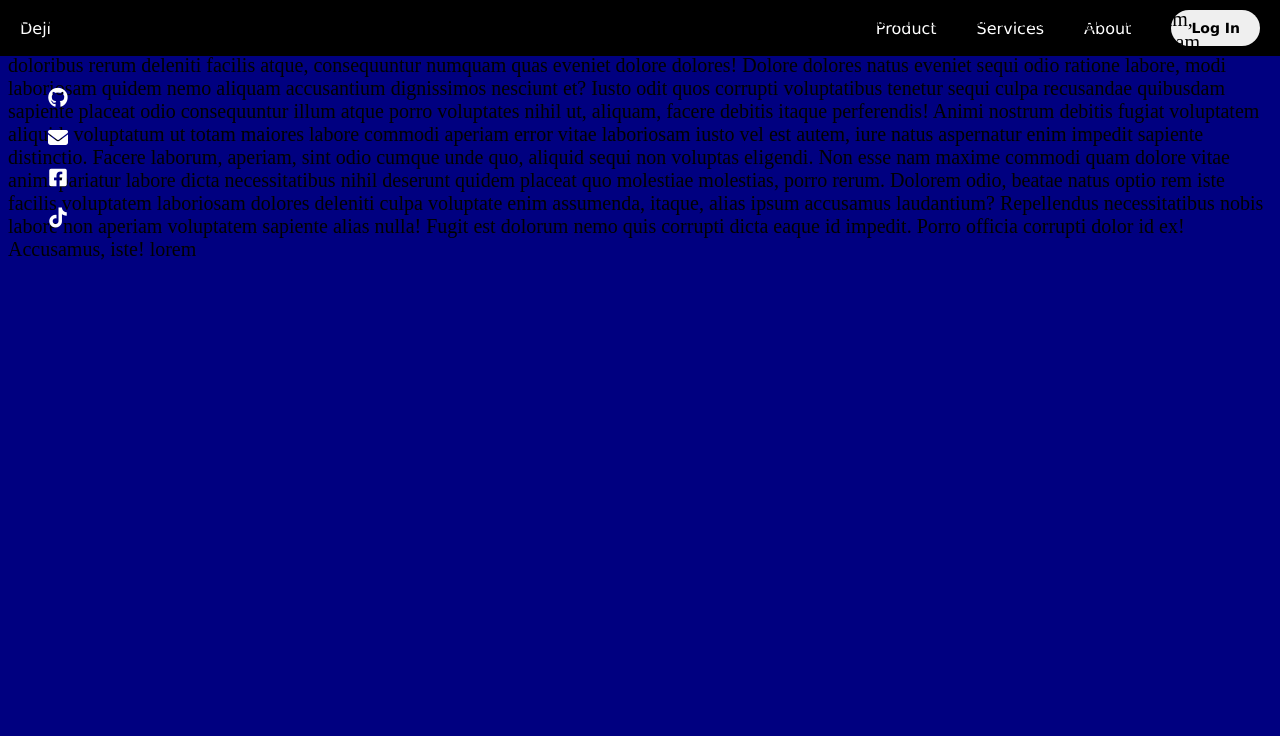
Repository: imokha01/Flexbox-and-Position-Example
Page: index.html
The author's editor kept a copy of each file at every save. The page is drawn from the files as they stood at one save, then again after a run of saves.
The browser window is 1280 px wide. The pictures show the whole page.

Above is the page before, as saved 2023-11-21 17:17:14.

### index.html
<!DOCTYPE html>
<html lang="en">
  <head>
    <meta charset="UTF-8" />
    <meta name="viewport" content="width=device-width, initial-scale=1.0" />
    <title>Document</title>
    <link rel="stylesheet" href="./index.css" />
    <link
      rel="stylesheet"
      href="https://cdnjs.cloudflare.com/ajax/libs/font-awesome/6.4.2/css/all.min.css"
      integrity="sha512-z3gLpd7yknf1YoNbCzqRKc4qyor8gaKU1qmn+CShxbuBusANI9QpRohGBreCFkKxLhei6S9CQXFEbbKuqLg0DA=="
      crossorigin="anonymous"
      referrerpolicy="no-referrer"
    />
  </head>
  <body>
    <nav>
      <div id="logo">Deji</div>
      <div class="right">
        <div class="link_container">
          <a href="">Product</a>
          <a href="">Services</a>
          <a href="">About</a>
        </div>
        <button>Log In</button>
      </div>
    </nav>
    <main>
      <aside>
        <i class="fa-brands fa-github"></i>
        <i class="fa-solid fa-envelope"></i>
        <i class="fa-brands fa-square-facebook"></i>
        <i class="fa-brands fa-tiktok"></i>
        <i class="fa-brands fa-x-twitter"></i>
      </aside>
      <section>
        Lorem ipsum dolor sit amet consectetur adipisicing elit. Deserunt
        asperiores laborum, doloribus iste molestiae sint mollitia ducimus
        fugiat dolorum, temporibus cumque odit fuga expedita nobis voluptatem
        optio, dolore consequatur omnis minus dignissimos illum? Exercitationem
        voluptatum, nam doloribus rerum deleniti facilis atque, consequuntur
        numquam quas eveniet dolore dolores! Dolore dolores natus eveniet sequi
        odio ratione labore, modi laboriosam quidem nemo aliquam accusantium
        dignissimos nesciunt et? Iusto odit quos corrupti voluptatibus tenetur
        sequi culpa recusandae quibusdam sapiente placeat odio consequuntur
        illum atque porro voluptates nihil ut, aliquam, facere debitis itaque
        perferendis! Animi nostrum debitis fugiat voluptatem aliquid, voluptatum
        ut totam maiores labore commodi aperiam error vitae laboriosam iusto vel
        est autem, iure natus aspernatur enim impedit sapiente distinctio.
        Facere laborum, aperiam, sint odio cumque unde quo, aliquid sequi non
        voluptas eligendi. Non esse nam maxime commodi quam dolore vitae animi
        pariatur labore dicta necessitatibus nihil deserunt quidem placeat quo
        molestiae molestias, porro rerum. Dolorem odio, beatae natus optio rem
        iste facilis voluptatem laboriosam dolores deleniti culpa voluptate enim
        assumenda, itaque, alias ipsum accusamus laudantium? Repellendus
        necessitatibus nobis labore non aperiam voluptatem sapiente alias nulla!
        Fugit est dolorum nemo quis corrupti dicta eaque id impedit. Porro
        officia corrupti dolor id ex! Accusamus, iste! lorem
      </section>
    </main>
  </body>
</html>

### index.css
body {
    background-color: navy;
    position: relative;
}
nav {
    display: flex;
    justify-content: space-between;
    /* margin-left: 40px;
    margin-right: 40px;
    margin-top: 10px; */
    background-color: black;
    font-family: Verdana, Geneva, Tahoma, sans-serif;
    color: white;
    padding: 10px 20px;
    left: 0px;
    top: 0px;
    right: 0px;
    position: fixed;
    align-items: center;
}

.right {
    display: flex;
    gap: 40px;
    color: white;
    align-items: center;
}
a {
    color: white;
    text-decoration: none;
}

.link_container {
    display: flex;
    gap: 40px;
}

button {

    font-size: 14px;
    text-align: center;
    padding: 10px 20px;
    border-radius: 20px;
    cursor: pointer;
    font-weight: 600;
    border: none;
    font-family: Verdana, Geneva, Tahoma, sans-serif;
}

button:hover {
    background-color: aquamarine;

}

main {
    font-size: 20px;
    display: flex;
    flex-direction: column;
    position: relative;
    height: 100vh;


}

aside {
    color: white;
    font-size: 20px;;
    display: flex;
    justify-content: center;
    align-items: center;
    flex-direction: column;
    gap: 20px;
    position: absolute;
    padding-top: 30px;
    padding-bottom: 30px;
    top: 50px;
    left: 40px;
}

After the next 2 saves:
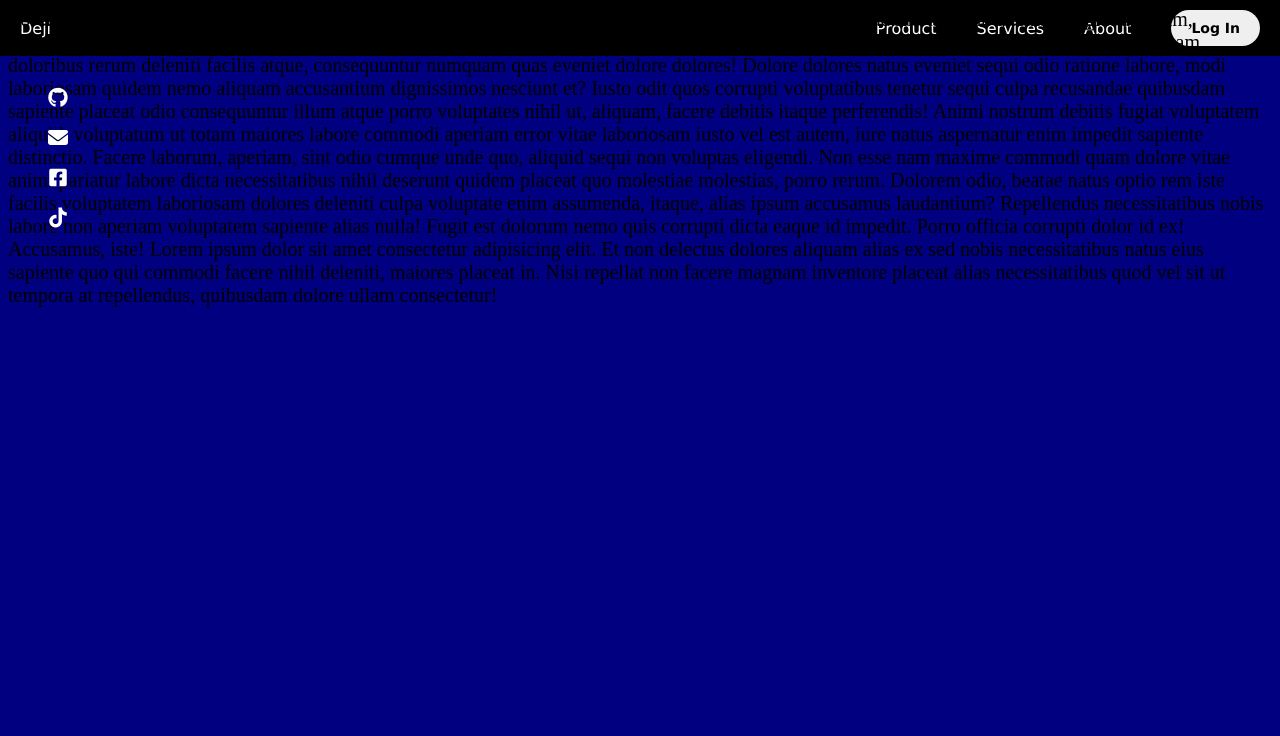
The 2 saves are shown as one change because they came seconds apart.
The last was saved 6 s later.
--- a/index.html
+++ b/index.html
@@ -55,7 +55,12 @@
         assumenda, itaque, alias ipsum accusamus laudantium? Repellendus
         necessitatibus nobis labore non aperiam voluptatem sapiente alias nulla!
         Fugit est dolorum nemo quis corrupti dicta eaque id impedit. Porro
-        officia corrupti dolor id ex! Accusamus, iste! lorem
+        officia corrupti dolor id ex! Accusamus, iste! Lorem ipsum dolor sit
+        amet consectetur adipisicing elit. Et non delectus dolores aliquam alias
+        ex sed nobis necessitatibus natus eius sapiente quo qui commodi facere
+        nihil deleniti, maiores placeat in. Nisi repellat non facere magnam
+        inventore placeat alias necessitatibus quod vel sit ut tempora at
+        repellendus, quibusdam dolore ullam consectetur!
       </section>
     </main>
   </body>
